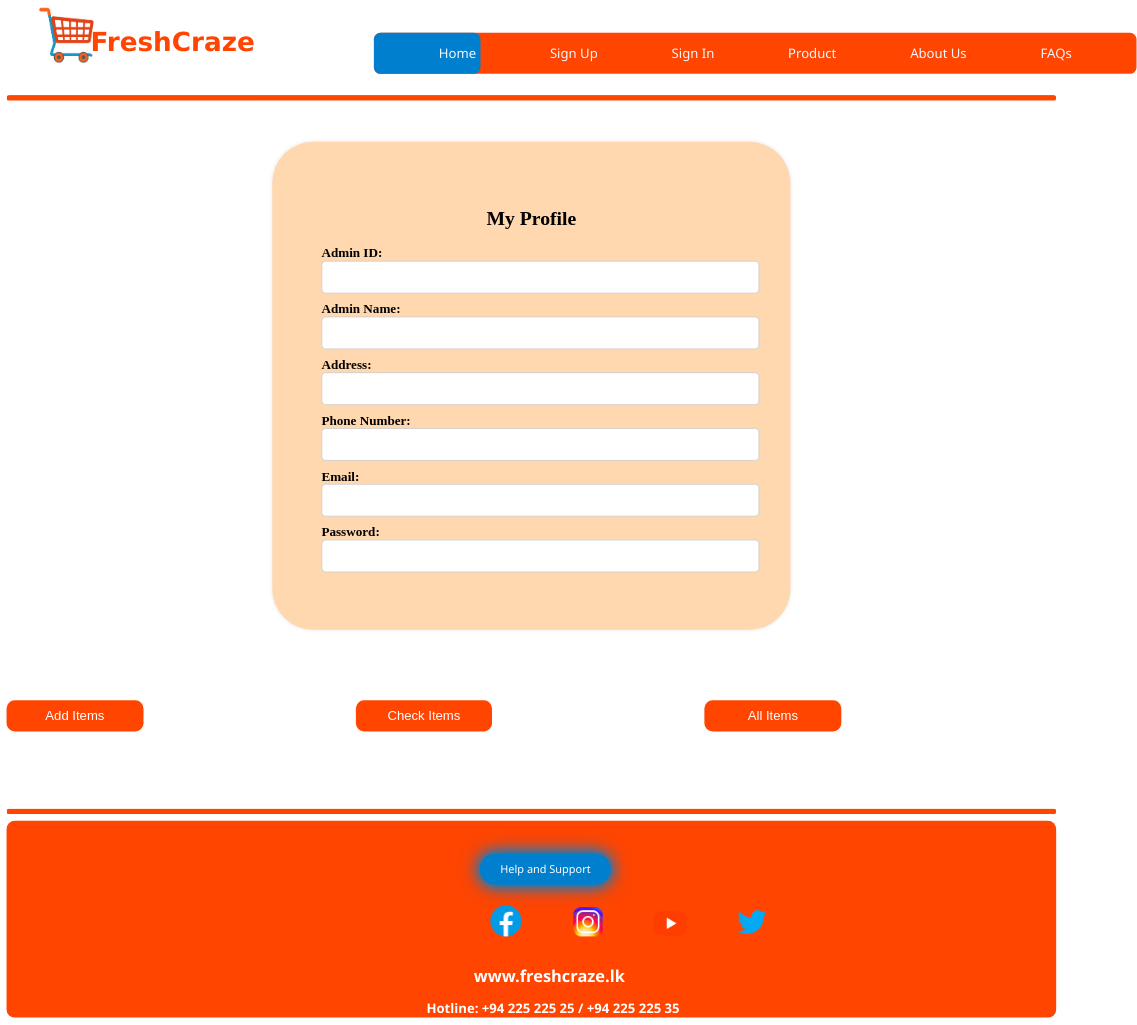
Repository: shanika2002/FreshCraze
Page: http://localhost/itemDem/profile.jsp
The author's editor kept a copy of each file at every save. The page is drawn from the files as they stood at one save, then again after the next save.
The browser window is 1280 px wide. The page is 1386 px wide, so the pictures cover 1386 px, including what lies to the right of the window. The pictures show the whole page, at 82% of full size.
The page is served by Tomcat 9. The template is opened directly, without the code that normally fills it, so the values that code supplies are empty.

Above is the page before, as saved 2024-05-11 08:35:44.

After the next save:
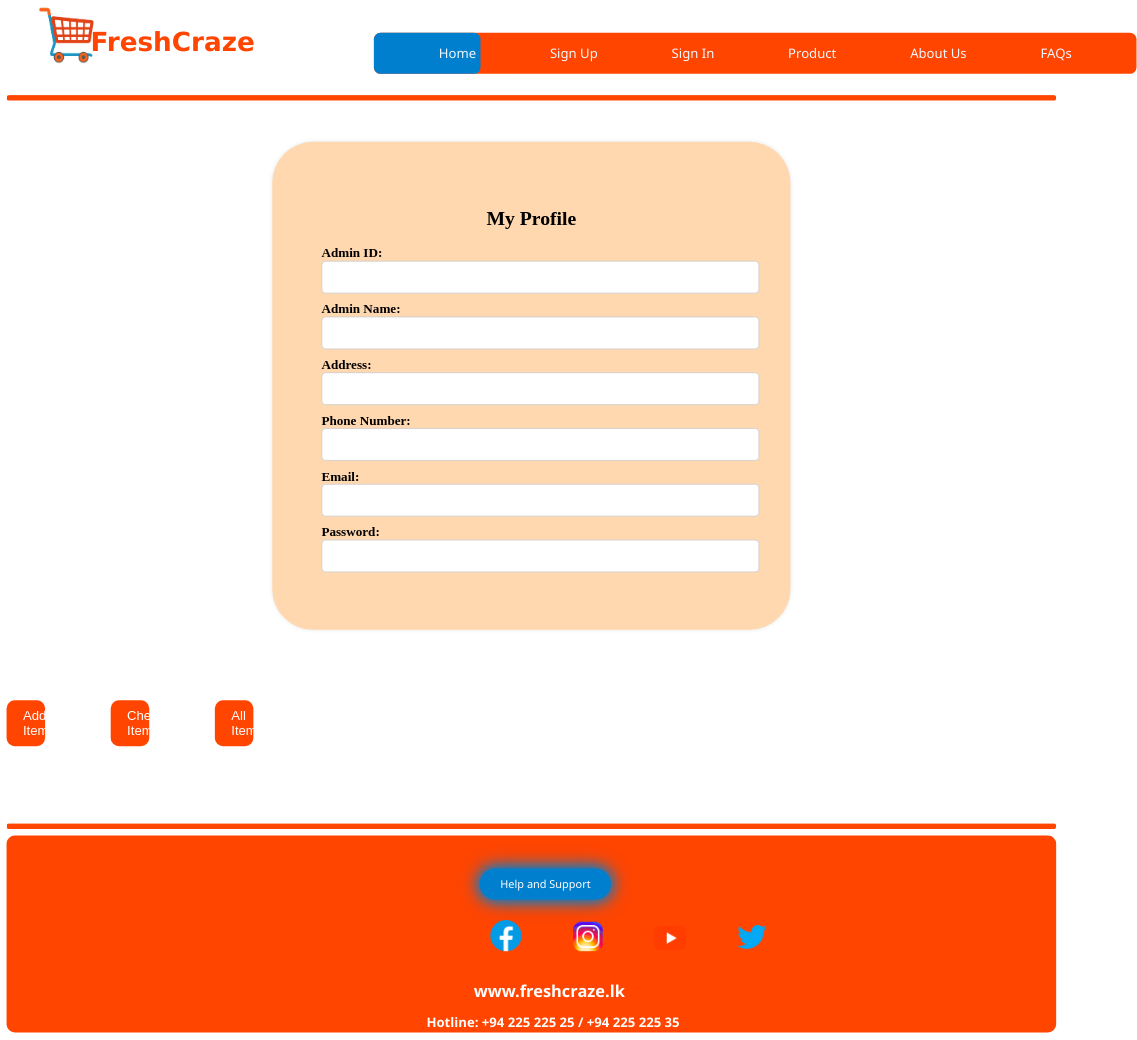
Saved 36 s later.
--- a/itemDem/src/main/webapp/css/adminprofile.css
+++ b/itemDem/src/main/webapp/css/adminprofile.css
@@ -177,7 +177,7 @@ nav a:nth-child(6):hover~span{
 
 form {
     display: inline-block;
-    width: calc(33.33% - 10px);
+    width: calc(10% - 10px);
     margin-right: 5px;
 }
 
